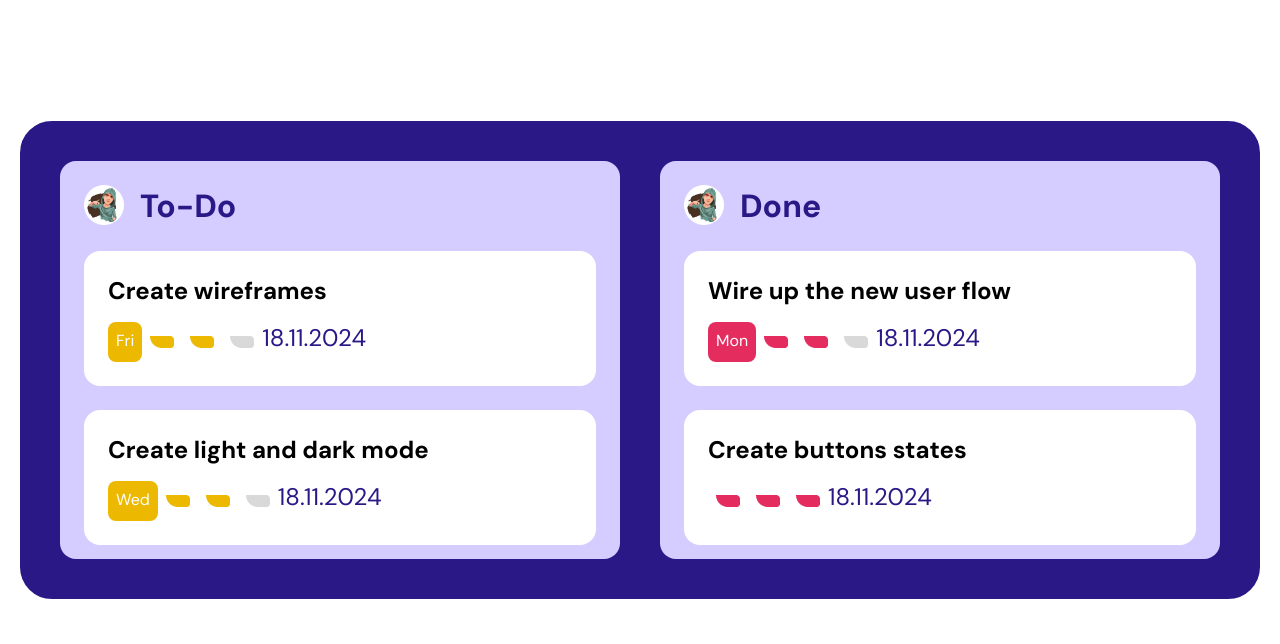
Repository: VitasYo/Kanban
Page: index.html
The author's editor kept a copy of each file at every save. The page is drawn from the files as they stood at one save, then again after the next save.
The browser window is 1280 px wide. The pictures show the whole page.

Above is the page before, as saved 2024-04-15 20:16:12.

### index.html
<!DOCTYPE html>
<html lang="en">
<head>
  <meta charset="UTF-8">
  <meta name="viewport" content="width=device-width, initial-scale=1.0">
  <link rel="stylesheet" href="./src/assets/css/index.css">
  <title>To-Do-List-Kanban</title>
</head>
<body>
  <main class="kanban">
    <section class="kanban__column">
      <div class="kanban__title_and_icon">
        <img height=40 width=40 src="src/assets/img/Avatar.jpg" alt="Аватар">
        <h2 class="kanban__title">To-Do</h2>
      </div>
      <div class="card">
        <div class="card_title">Create wireframes</div>
        <div class="card_items">
          <div class="card_pin_yel">Fri</div>
          <div class="card_scale">
            <img class="card_scale_item" src="src/assets/img/yel_rect.png">
            <img class="card_scale_item" src="src/assets/img/yel_rect.png">
            <img class="card_scale_item" src="src/assets/img/grey_rect.png">
          </div>
          <div class="card_date">18.11.2024</div>
        </div>
      </div>
      <div class="card">
        <div class="card_title">Create light and dark mode</div>
        <div class="card_items">
          <div class="card_pin_yel">Wed</div>
          <div class="card_scale">
            <img class="card_scale_item" src="src/assets/img/yel_rect.png">
            <img class="card_scale_item" src="src/assets/img/yel_rect.png">
            <img class="card_scale_item" src="src/assets/img/grey_rect.png">
          </div>
          <div class="card_date">18.11.2024</div>
        </div>
      </div>
    </section>

    <section class="kanban__column">
      <div class="kanban__title_and_icon">
        <img height=40 width=40 src="src/assets/img/Avatar.jpg" alt="Аватар">
        <h2 class="kanban__title">Done</h2>
      </div>
      <div class="card">
        <div class="card_title">Wire up the new user flow</div>
        <div class="card_items">
          <div class="card_pin_red">Mon</div>
          <div class="card_scale">
            <img class="card_scale_item" src="src/assets/img/red_rect.png">
            <img class="card_scale_item" src="src/assets/img/red_rect.png">
            <img class="card_scale_item" src="src/assets/img/grey_rect.png">
          </div>
          <div class="card_date">18.11.2024</div>
        </div>
      </div>
      <div class="card">
        <div class="card_title">Create buttons states</div>
        <div class="card_items">
          <div class="card_scale">
            <img class="card_scale_item" src="src/assets/img/red_rect.png">
            <img class="card_scale_item" src="src/assets/img/red_rect.png">
            <img class="card_scale_item" src="src/assets/img/red_rect.png">
          </div>
          <div class="card_date">18.11.2024</div>
        </div>
      </div>
    </section>
  </main>
  </body>
<script src="./src/assets/js/index.js"></script>
</html>

### src/assets/css/index.css
@import url('https://fonts.googleapis.com/css2?family=DM+Sans:opsz,wght@9..40,100;9..40,200;9..40,300;9..40,400;9..40,500;9..40,600;9..40,700;9..40,800;9..40,900;9..40,1000&display=swap');
@import './component/_kanban.css';
@import './_media.css';



* {
  font-family: 'DM Sans', sans-serif;
}

* {
  box-sizing: border-box;
  margin: 0;
  padding: 0;
}

body {
  font-family: 'Arial', sans-serif;
  background-color: white;
  color: white;
  display: flex;
  flex-direction: column;
  min-height: 100vh;
}


.header__title,
.footer__text {
  margin: 0;
  padding: 10px 0;
}

.container {
  width: 100%;
  padding-right: 15px;
  padding-left: 15px;
  margin-right: auto;
  margin-left: auto;
}

### src/assets/css/component/_kanban.css
.kanban {
    display: flex;
    flex-wrap: wrap;
    justify-content: space-around;
    flex-grow: 1;
    flex: 0 0 100%;
    border-radius: 32px;
    border: 20px solid #2B1887;
    background-color: #2B1887;
    display: grid;
    grid-template-columns: 1fr 1fr;
    margin: auto;
}

.kanban__column {
    height: 398px;
    width: 560px;
    background-color: #D5CCFF;
    border-radius: 16px;
    padding: 24px;
    margin: 20px;
}

.kanban__title_and_icon {
    display: flex;
    width: 560px;
}

.kanban__title {
    color: #2B1887;
    font-size: 32px;
    padding-left: 16px;
}

.card {
    width: 512px;;
    background-color: white;
    border-radius: 16px;
    margin-block: 24px;
    padding: 24px;
}

.card_title {
    color: black;
    font-size: 24px;
    font-weight: bold;
}

.card_items {
    margin-top: 16px;
    display: flex;
}

.card_pin_yel {
    padding: 8px;
    border-radius: 8px;
    background-color: #ECB800;
}

.card_pin_red {
    padding: 8px;
    border-radius: 8px;
    background-color: #E42C5F;
}

.card_scale {
    display: flex;
}


.card_scale_item {
    padding: 8px;
}

.card_date {
    font-size: 24px;
    color: #2B1887;
}

### src/assets/css/_media.css
@media (min-width: 576px) {
    .container {
        max-width: 540px;
    }
}

@media (min-width: 768px) {
    .container {
        max-width: 720px;
    }
}

@media (min-width: 992px) {
    .container {
        max-width: 960px;
    }
}

@media (min-width: 1200px) {
    .container {
        max-width: 1140px;
    }
}

@media (min-width: 1400px) {
    .container {
        max-width: 1320px;
    }
}

@media screen and (min-width: 640px) {
    .kanban__column {
        flex: 0 0 calc(33.333% - 20px);
    }
}

Loaded but not shown: src/assets/js/index.js (no stored copy; drawn as an empty file)

After the next save:
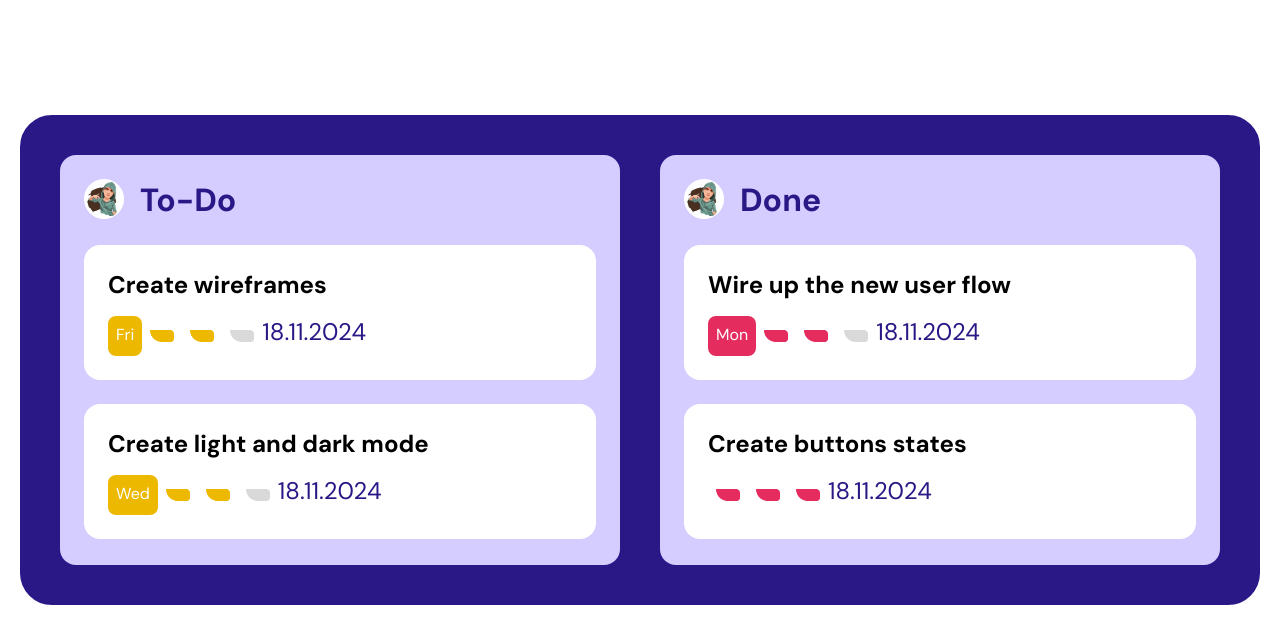
Saved 119 s later.
--- a/src/assets/css/component/_kanban.css
+++ b/src/assets/css/component/_kanban.css
@@ -13,7 +13,7 @@
 }
 
 .kanban__column {
-    height: 398px;
+    height: 410px;
     width: 560px;
     background-color: #D5CCFF;
     border-radius: 16px;
